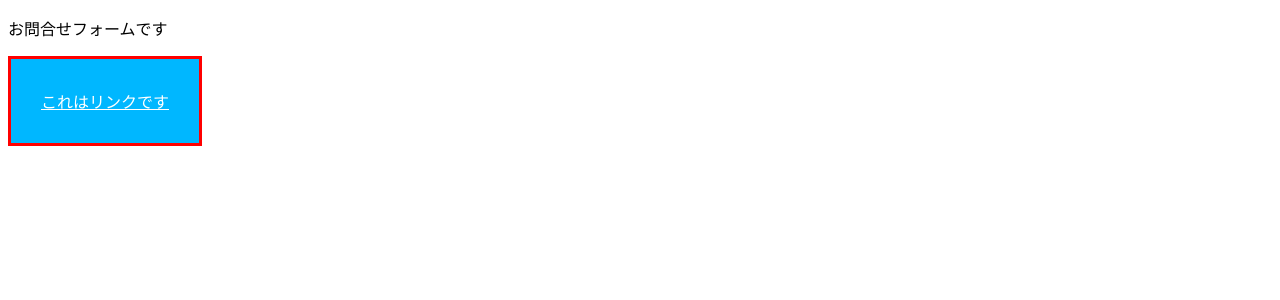
Repository: Jutta197/frontend726
Page: css_ex/box_model/index.html
An editor plug-in stored every save of this project. The page is shown before and after the next save, followed by the edit.
The browser window is 1280 px wide. The pictures show the whole page.

Above is the page before, as saved 2023-07-28 14:35:59.

After the next save:
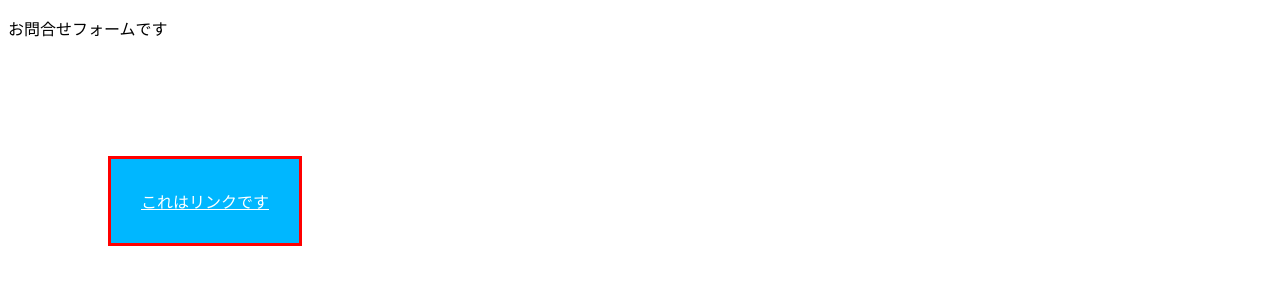
Saved 44 s later.
--- a/css_ex/box_model/style.css
+++ b/css_ex/box_model/style.css
@@ -5,5 +5,5 @@ a {
     /*borderを入れる*/
     border: 3px solid red;
     padding: 30px;
-    margin: 10;
+    margin: 100px;
 }
